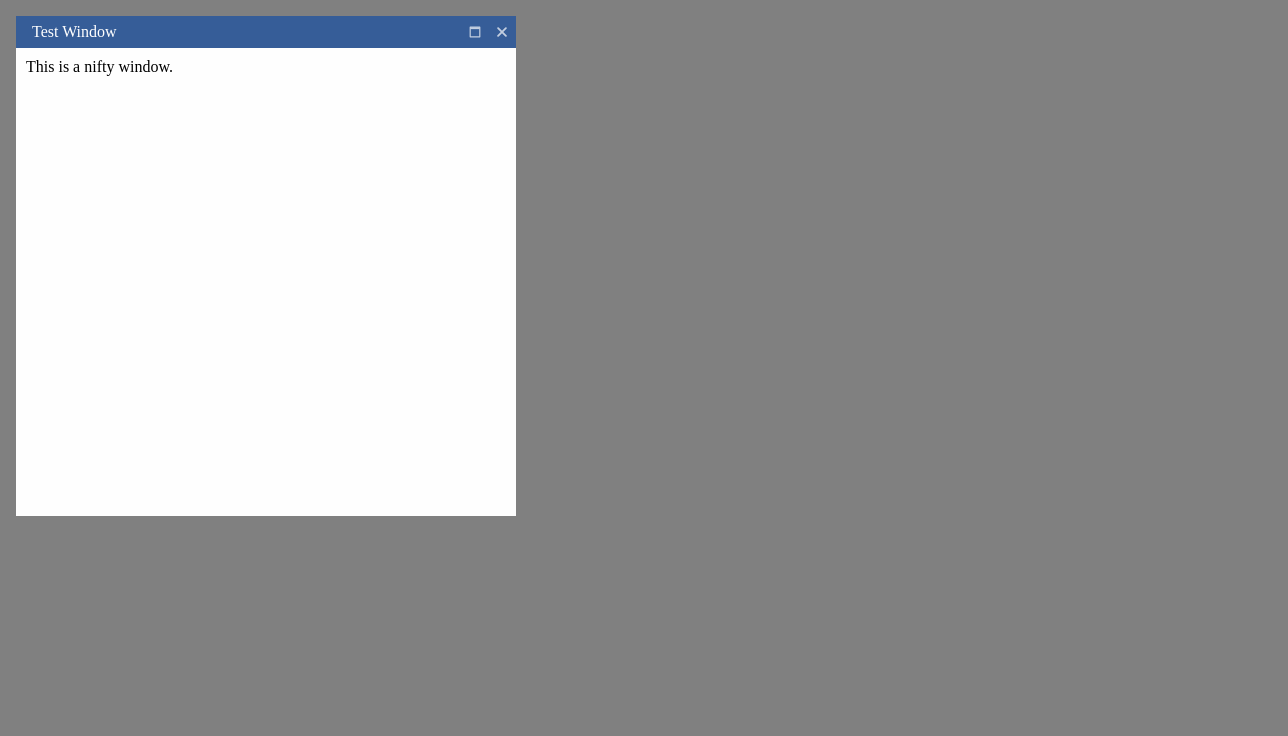
Repository: t-aftanashchuk/window-manager
Page: index.html
The author's editor kept a copy of each file at every save. The page is drawn from the files as they stood at one save, then again after the next save.
The browser window is 1280 px wide. The page is 1288 px wide, so the pictures cover 1288 px, including what lies to the right of the window. The pictures show the whole page.

Above is the page before, as saved 2020-10-27 12:57:44.

After the next save:
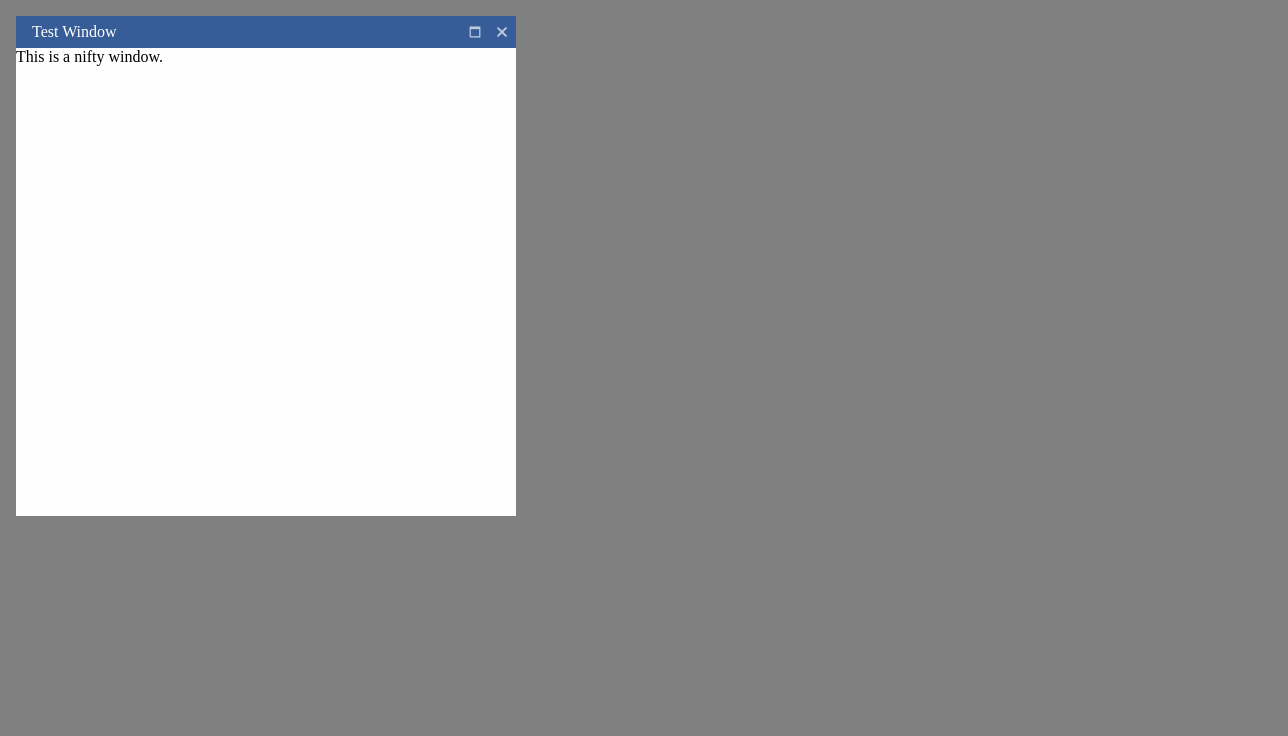
Saved 8 s later.
--- a/index.html
+++ b/index.html
@@ -22,7 +22,7 @@
         const _window = wm.createWindow({ width: 500, height: 500, title: 'Test Window' });
 
         // set content of window
-        _window.content.style.margin = '10px';
+        // _window.content.style.margin = '10px';
         _window.content.innerHTML = 'This is a nifty window.';
     </script>
 </body>
